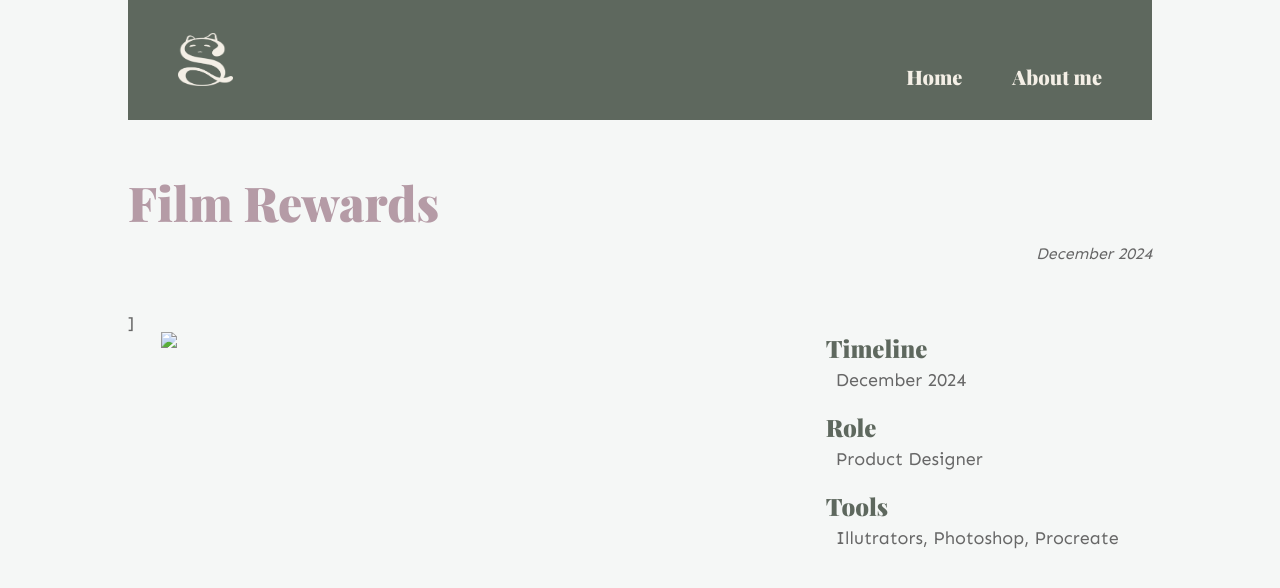
Repository: SandyLy453/portfolio
Page: /projects/FilmRewards
These files come from the project's save history. The page is drawn as it stood at one moment and after the next save; the edit follows.
The browser window is 1280 px wide. The pictures show the whole page.
An inner scrolling area shows only its first screen. The project was rebuilt for these pictures with package versions that can differ from the ones it lists, and the page was loaded fresh each time. The framework's server and built-in components were replaced by stand-ins that run in the browser. Also part of the build but not shown: next.config.mjs.

Above is the page before, as saved 2025-01-31 20:50:28.
Not found: filmCover.png

### pages/_app.js
import { useEffect } from "react";
import { useRouter } from "next/router";
import { Playfair_Display, Sen } from 'next/font/google';
import '../styles/globals.css';

const playfairDisplay = Playfair_Display({
  weight: ['400', '900'],
  style: ['normal', 'italic'],
  subsets: ['latin'],
});

const sen = Sen({
  weight: ['400', '700', '800'],
  subsets: ['latin'],
});

export default function App({ Component, pageProps }) {

  const router = useRouter();

  useEffect(() => {
    const handleRouteChangeComplete = (url) => {
        if (url.startsWith("/projects")) {
            window.location.reload();
        }
    };

    router.events.on("routeChangeComplete", handleRouteChangeComplete);

    return () => {
        router.events.off("routeChangeComplete", handleRouteChangeComplete);
    };
}, [router]);


  return (
    <main className={`${playfairDisplay.className} ${sen.className}`}>
      <Component {...pageProps} />
    </main>
  )
}

### pages/_document.js
import { Html, Head, Main, NextScript } from "next/document";


export default function Document() {
  return (
    <Html lang="en">
      <Head>
        <title>San San's Tea Room</title>
        <link rel="icon" href="/favicon.ico" />

        <link rel="preconnect" href="https://fonts.googleapis.com" />
        <link rel="preconnect" href="https://fonts.gstatic.com" crossorigin="anonymous" />
        <link
          href="https://fonts.googleapis.com/css2?family=Playfair+Display:wght@400;900&family=Sen:wght@400;700;800&display=swap"
          rel="stylesheet"
        />
      </Head>
      <body>
        <Main />
        <NextScript />
      </body>
    </Html>
  );
}

### pages/projects/FilmRewards.js
import Link from "next/link";
import Image from "next/image";
import Header from "@/modules/Header/Header";
import Footer from "@/modules/Footer/Footer";
import PostHeader from "@/modules/PostHeader/PostHeader";
import styles from '@/styles/Poster.module.css'

export default function FilmRewards() {
    return (
        <>
            <Header />
            <main className={styles.main}>
                <PostHeader
                    title="Film Rewards"
                    date="December 2024"
                />]

                <div className={styles.intro}>
                    <Image src={'/filmCover.png'} alt="Posters mockup" className={styles.cover} width={140*4} height={100*4}/>
                    <div className={styles.text}>
                        <h2 className={styles.subHeading}>
                            Timeline
                        </h2>
                        <p className={styles.content}>
                            December 2024
                        </p>
                        <h2 className={styles.subHeading}>
                            Role
                        </h2>
                        <p className={styles.content}>
                            Product Designer
                        </p>
                        <h2 className={styles.subHeading}>
                            Tools
                        </h2>
                        <p className={styles.content}>
                            Illutrators, Photoshop, Procreate
                        </p>
                    </div>
                </div>

                <div className={styles.sectionBreaker}>
                    <span> Introduction </span>
                </div>

                <div className={styles.middle}>
                <div className={styles.text}>
                    <h2 className="subHeading">
                        What is this product about?
                    </h2>
                    <p className={styles.content}>

                    </p>
                </div>
            </div>


                <div className={styles.sectionBreaker}>
                    <span> Final Product </span>
                </div>

                <div className={styles.showcase}>

                </div>




            </main>
            <Footer />
        </>
    )
}

### styles/globals.css
:root {
  --mauveMorn: #ecd6d6;
  --mauveShadow: #B59BA6;
  --moss: #5E7975;
  --brightWhite: #f5f7f6;
  --white: #fff;

  --spaBlue: #D3DEDF;
  --forest: #5E685E;
  --midnight: #3D4D55;
  --stormCloud: #676767;
  --cream: #f4EFE6;
  --cloud: #FEFCF6;
}

html,
body {
  padding: 0;
  margin: 0;
  background-color: #f5f7f6;
  width: 100vw;
  height: 100vh;
  overflow-x: hidden;
  scroll-behavior: auto;

  font-family: "Playfair Display", serif;
  font-optical-sizing: auto;
  color: var(--stormCloud);
}

header {
  margin: 0; /* Remove any default margin */
  padding: 0; /* Remove any default padding */
  box-sizing: border-box; /* Ensure padding and border are included in width/height */
}

* {
  margin: 0;
  padding: 0;
  box-sizing: border-box; /* Reset styles for all elements */
}

h1, h2, h3, h4, h5, span {
  font-family: "Playfair Display", serif;
}

### modules/Header/Header.js
import Image from "next/image";
import Link from "next/link";
import styles from './Header.module.css'

export default function Header () {
    return (
        <header className={styles.header}>
            <div className={styles.logo}>
                <Image src={'/logo.png'} alt="logo" className={styles.logo} width={55} height={53} />
            </div>

            <div className={styles.menu}>
                <p className={styles.menuOption}><Link href={'/'} className={styles.link}>Home</Link></p>
                <p className={styles.menuOption}><Link href={'/about'} className={styles.link}>About me</Link></p>
            </div>
        </header>
    )
}

### modules/Footer/Footer.js
import Image from "next/image";
import Link from "next/link";
import styles from './Footer.module.css'

export default function Footer () {
    return (
        <footer className={styles.footer}>
            <div className={styles.contactInfo}>

                <div className={styles.left}>
                    <p className={styles.greeting}>Let connect!</p>

                    <div className={styles.infoBox}>
                        <Image src={'/mail.png'} width={25} height={17.5} className={styles.icon}/>
                        <p className={styles.pageName}>sandy.lyth453@gmail.com</p>
                    </div>

                    <Link href={"https://www.instagram.com/sansan_lyth?igsh=MThxOTR1ZTlyY3R1dw%3D%3D&utm_source=qr"} className={styles.link}>
                        <div className={styles.infoBox}>
                            <Image src={'/Insta.png'} width={25} height={25} className={styles.icon}/>
                            <p className={styles.pageName}>@sansan_lyth</p>
                        </div>
                    </Link>

                    <Link href={"https://www.linkedin.com/in/boisan-sandy-ly/"} className={styles.link}>
                        <div className={styles.infoBox}>
                            <Image src={'/linkedIn.png'} width={25} height={25} className={styles.icon}/>
                            <p className={styles.pageName}>/boisan-sandy-ly/</p>
                        </div>
                    </Link>
                </div>

                <div className={styles.right}>
                    <Image src={'/logo-2.png'} alt="logo" className={styles.logo} width={200} height={115} />
                </div>

            </div>

            <p className={styles.copyright}>© Made by Sandy Ly</p>
        </footer>
    )
}

### modules/PostHeader/PostHeader.js
import Link from "next/link";
import Image from "next/image";
import styles from './PostHeader.module.css'

export default function PostHeader({
    title,
    date
}) {
    return (
        <>
            <h1 className={styles.title}>{title || "Title of the project"}</h1>
            <p className={styles.date}>{date || "Date"}</p>
        </>
    )
}

### styles/Poster.module.css
.main {
    width: 70vw;
    margin: auto;
    margin-top: 0;

}

.intro {
    display: flex;
    flex-direction: row;
    flex-wrap: wrap;
    justify-content: center;
    gap: 50px;
}

.subHeading {
    color: var(--forest);
    margin-bottom: 0;
    padding-bottom: 0;
}

.intro .content {
    margin-bottom: 20px;
}

.span {
    color: var(--midnight);
    font-weight: 700;
}

.content {
    font-family: "Sen", sans-serif;
    margin-top: 5px;
    max-width: 50vw;
    text-align: justify;
    font-size: 18px;
    margin-left: 10px;
}

.sectionBreaker {
    display: flex;
    align-items: center;
    justify-content: center;
    margin: 40px 0;
    position: relative;
}

.sectionBreaker::before,
.sectionBreaker::after {
content: "";
flex: 1;
height: 2px;
background: #d3d3d3; /* Adjust color as needed */
margin: 0;
}

.sectionBreaker span {
color: #7D9094;
margin: 0 10px;
font-size: 20px;
font-style: italic;
}

.showcase {
    display: flex;
    flex-direction: column;
    justify-content: center;
    align-items: center;
}

.design {
    max-width: 600px;
    height: auto;
    margin-bottom: 20px;
}

.design:last-child {
    margin-bottom: 100px;
}

.cover {
    width: 60%;
    height: auto;
}

.idea {
    width: 500px;
    height: auto;
    margin: 30px;
}

.sketchSection {
    display: flex;
    flex-direction: column;
    justify-content: center;
    align-items: center;
}

.middle .content {
    margin-bottom: 60px;
}



@media screen and (max-width: 1366px) {
    .main {
        width: 80vw;
    }
}

@media screen and (max-width: 768px) {
    .main {
        width: 90vw;
    }
    .intro {
        flex-direction: column;
    }
    .content {
        max-width: 100vw;
        font-size: 16px;
    }
    .cover {
        width: 100%;
    }
}

### modules/Header/Header.module.css
.header {
    margin:0;
    margin-left: auto;
    margin-right: auto;
    width: 70vw;
    height: 120px;
    background-color: var(--forest);
    padding: 20px 50px ;
    padding-bottom: 30px;

    display: flex;
    flex-direction: row;
    justify-content: space-between;
    align-items: flex-end;
}

.menu {
    display: flex;
    flex-direction: row;
    gap: 50px;
}

.menuOption {
    font-size: 20px;
    font-weight: 600;
}

.link {
    text-decoration: none;
    color: var(--cream);
    font-family: "Playfair Display", serif;
}

.link:hover {
    color: var(--midnight);
}


@media screen and (max-width: 1366px) {
    .header {
        width: 80vw;
    }
}

@media screen and (max-width: 768px) {
    .header {
        width: 100vw;
    }
}

### modules/Footer/Footer.module.css
.footer {
    width: 70vw;
    min-height: 300px;
    background-color: var(--midnight);
    padding: 20px;
    margin-left: auto;
    margin-right: auto;
    display: flex;
    flex-direction: column;
    justify-content: center;
    flex-wrap: wrap;
}

.link {
    text-decoration: none;
}

.greeting {
    font-size: 24px;
    font-weight: 600;
    margin-bottom: 10px;
    font-style: italic;
    color: var(--cream);
    font-family: "Playfair Display", serif;
}

.contactInfo {
    margin: 0 120px 20px 120px;
    display: flex;
    flex-direction: row;
    justify-content: space-between;
    align-items: center;
    flex-wrap: wrap;
}

.infoBox {
    display: flex;
    flex-direction: row;
    margin: 10px;
    align-items: center;
}

.icon {
    margin-right: 10px;
}

.pageName {
    color: var(--spaBlue);
}

.logo {
    margin-right: 100px;
}

.copyright {
    text-align: center;
    font-style: italic;
    color: var(--spaBlue);
    margin-top: 50px;
    width: 100%;
}



@media screen and (max-width: 1366px) {
    .footer {
        width: 80vw;
    }
}

@media screen and (max-width: 768px) {
    .footer {
        width: 100vw;
    }

    .contactInfo {
        margin: 0 20px;
    }

    .logo {
        margin-right: 0;
        margin-top: 10px;
    }
}

### modules/PostHeader/PostHeader.module.css
.title {
    font-size: 48px;
    text-wrap: wrap;

    margin-top: 50px;
    color: var(--mauveShadow);
    font-family: "Playfair Display", serif;
}

.date {
    font-style: italic;
    color: var(--stormCloud);
    margin-top: 10px;
    margin-bottom: 50px;
    text-align: right;
}

@media screen and (max-width: 768px) {
    .title {
        font-size: 30px;
        margin-left: 0;
        padding-left: 0;
        margin-top: 20px;
    }

    .date {
        margin-bottom: 30px;
    }
}

Loaded but not shown: pages/api/hello.js (common file)

After the next save:
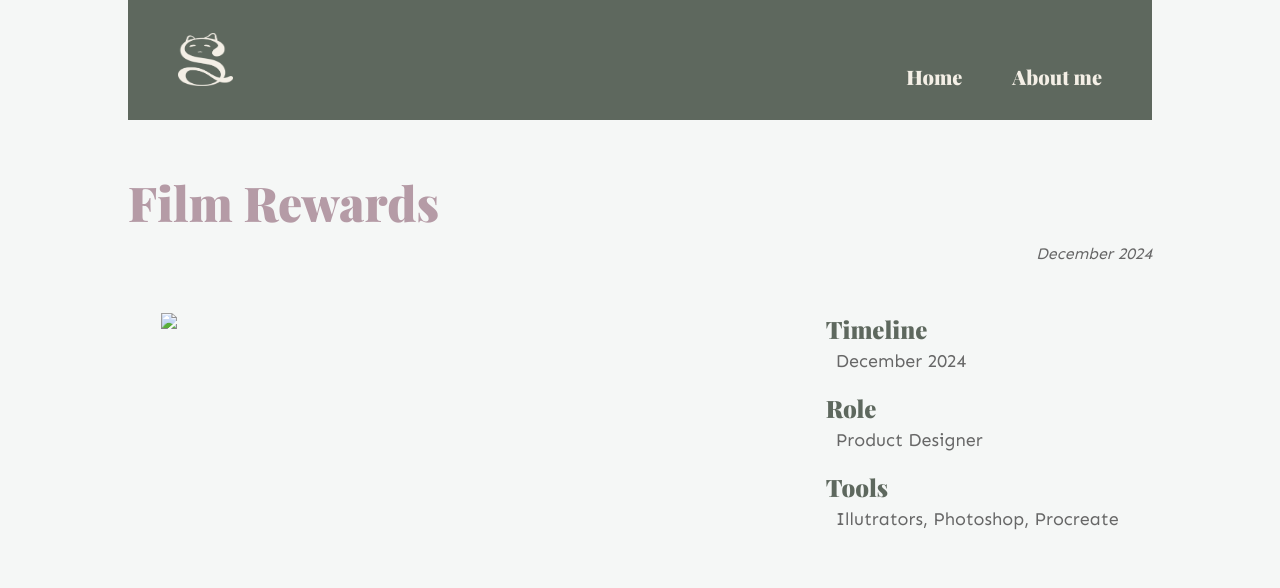
Saved 25 s later.
--- a/pages/projects/FilmRewards.js
+++ b/pages/projects/FilmRewards.js
@@ -13,7 +13,7 @@ export default function FilmRewards() {
                 <PostHeader
                     title="Film Rewards"
                     date="December 2024"
-                />]
+                />
 
                 <div className={styles.intro}>
                     <Image src={'/filmCover.png'} alt="Posters mockup" className={styles.cover} width={140*4} height={100*4}/>
